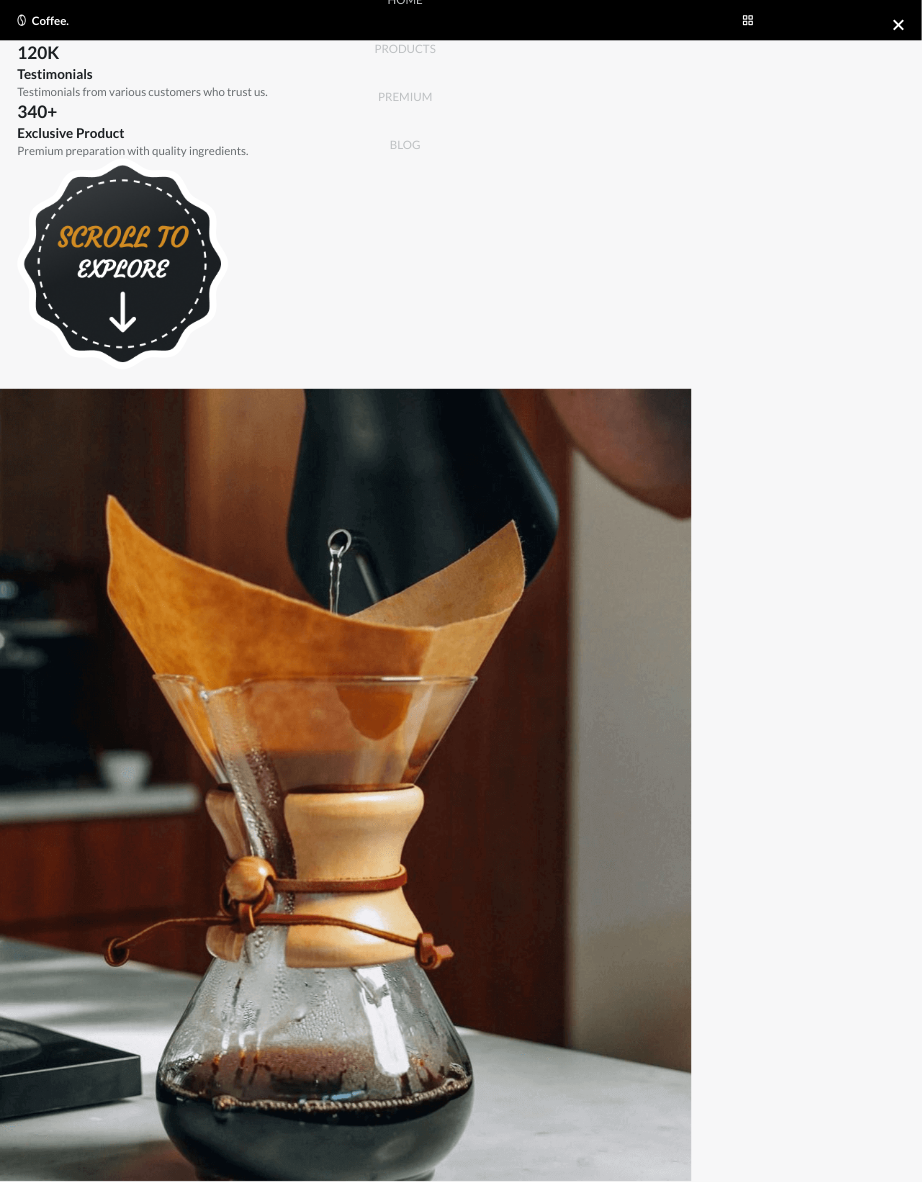
Repository: phong121020/coffee-responsive
Page: index.html
The author's editor kept a copy of each file at every save. The page is drawn from the files as they stood at one save, then again after the next save.
The browser window is 1280 px wide. The pictures show the whole page, at 72% of full size.

Above is the page before, as saved 2022-03-06 17:42:49.

After the next save:
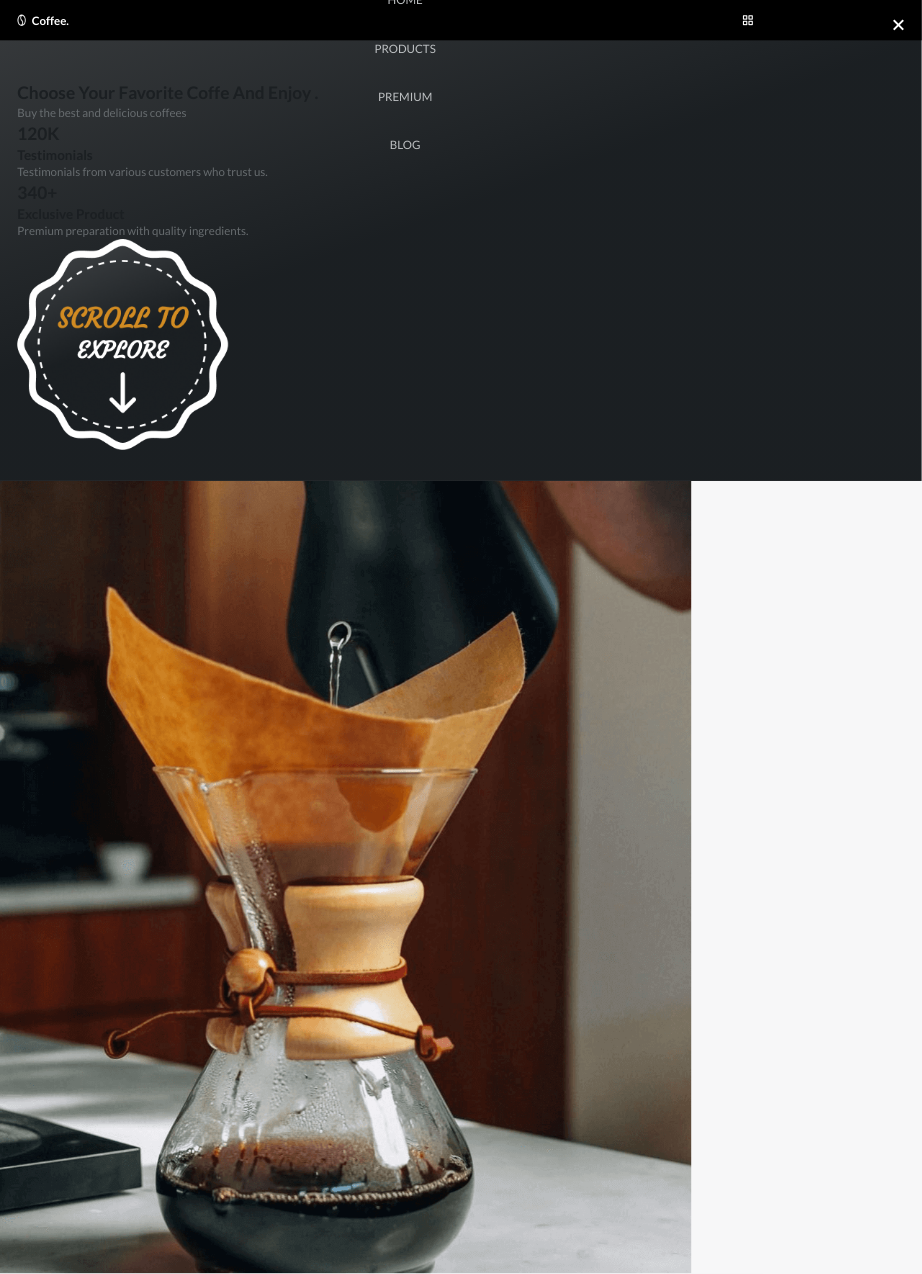
Saved 3 min 18 s later.
--- a/assets/css/style.css
+++ b/assets/css/style.css
@@ -204,3 +204,14 @@ button {
   cursor: pointer;
 }
 /* HOME */
+.home {
+  gap: 0;
+}
+.home__container {
+  padding: 7rem 0 2.5rem;
+  background: linear-gradient(
+    160deg,
+    hsla(206, 4%, 24%, 1) -4%,
+    hsla(206, 12%, 12%, 1) 46%
+  );
+}
